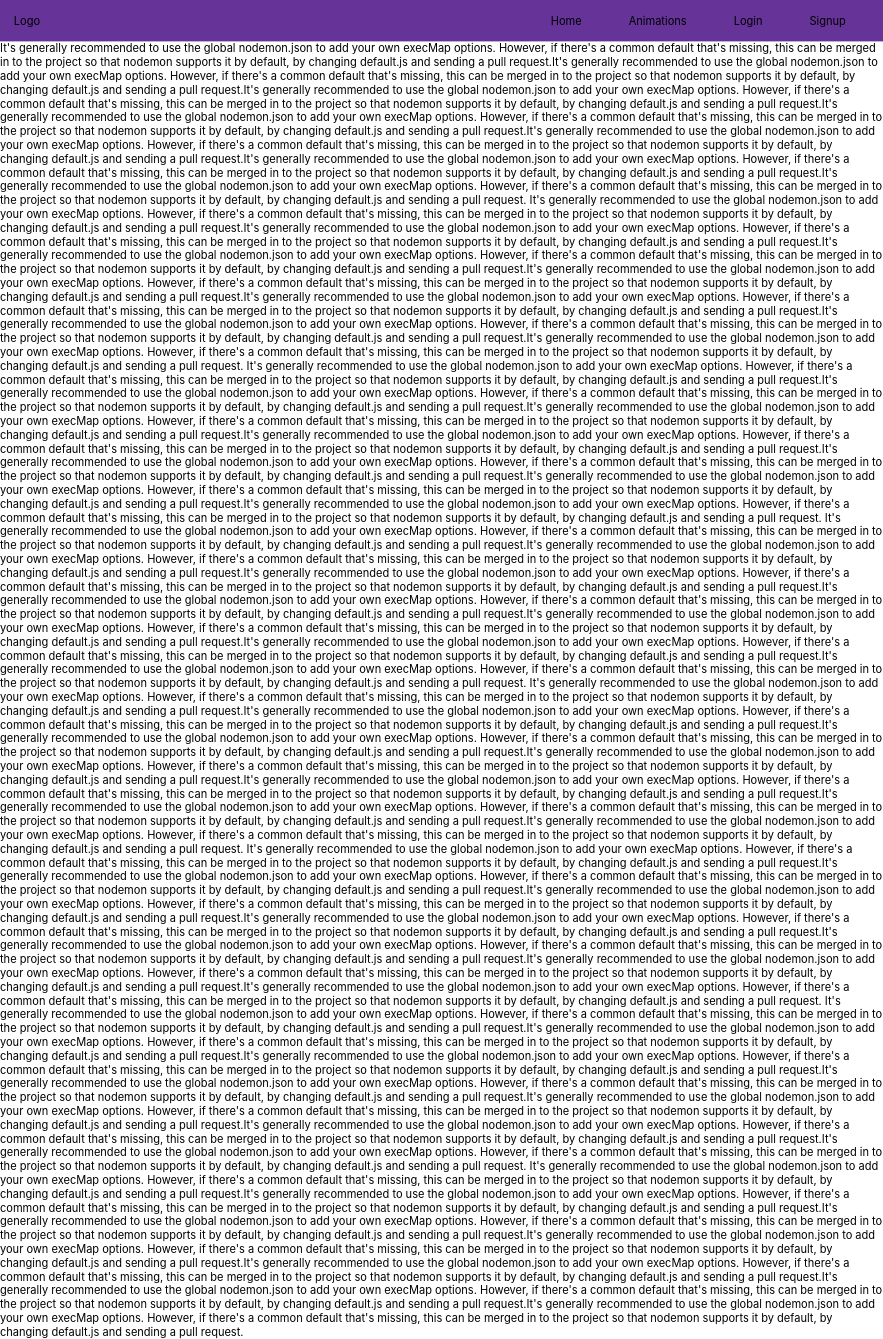
Repository: mr-joshi/Art-Of-House
Page: /
The author's editor kept a copy of each file at every save. The page is drawn from the files as they stood at one save, then again after the next save.
The browser window is 1280 px wide. The pictures show the whole page, at 69% of full size.
The project was rebuilt for these pictures with package versions that can differ from the ones it lists, and the page was loaded fresh each time. The framework's server and built-in components were replaced by stand-ins that run in the browser. Also part of the build but not shown: next.config.js.

Above is the page before, as saved 2022-09-25 02:04:39.

After the next save:
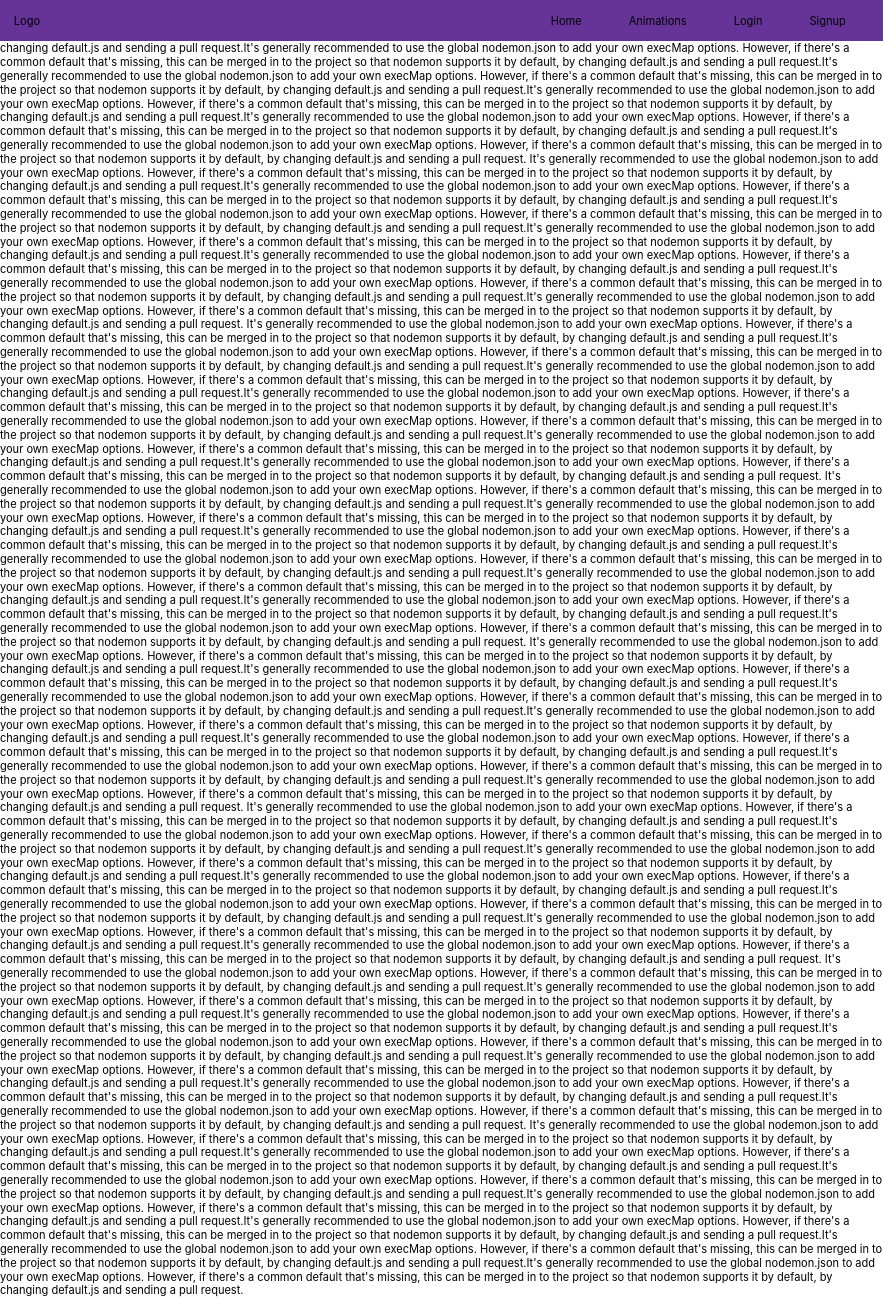
Saved 70 s later.
--- a/components/header/header.scss
+++ b/components/header/header.scss
@@ -1,7 +1,9 @@
 .header_container {
   width: 100%;
   background-color: rebeccapurple;
-  position: sticky;
+  position: fixed;
+  top: 0;
+  width: 100%;
 }
 .header_main {
   padding: 20px;

After the save that followed:
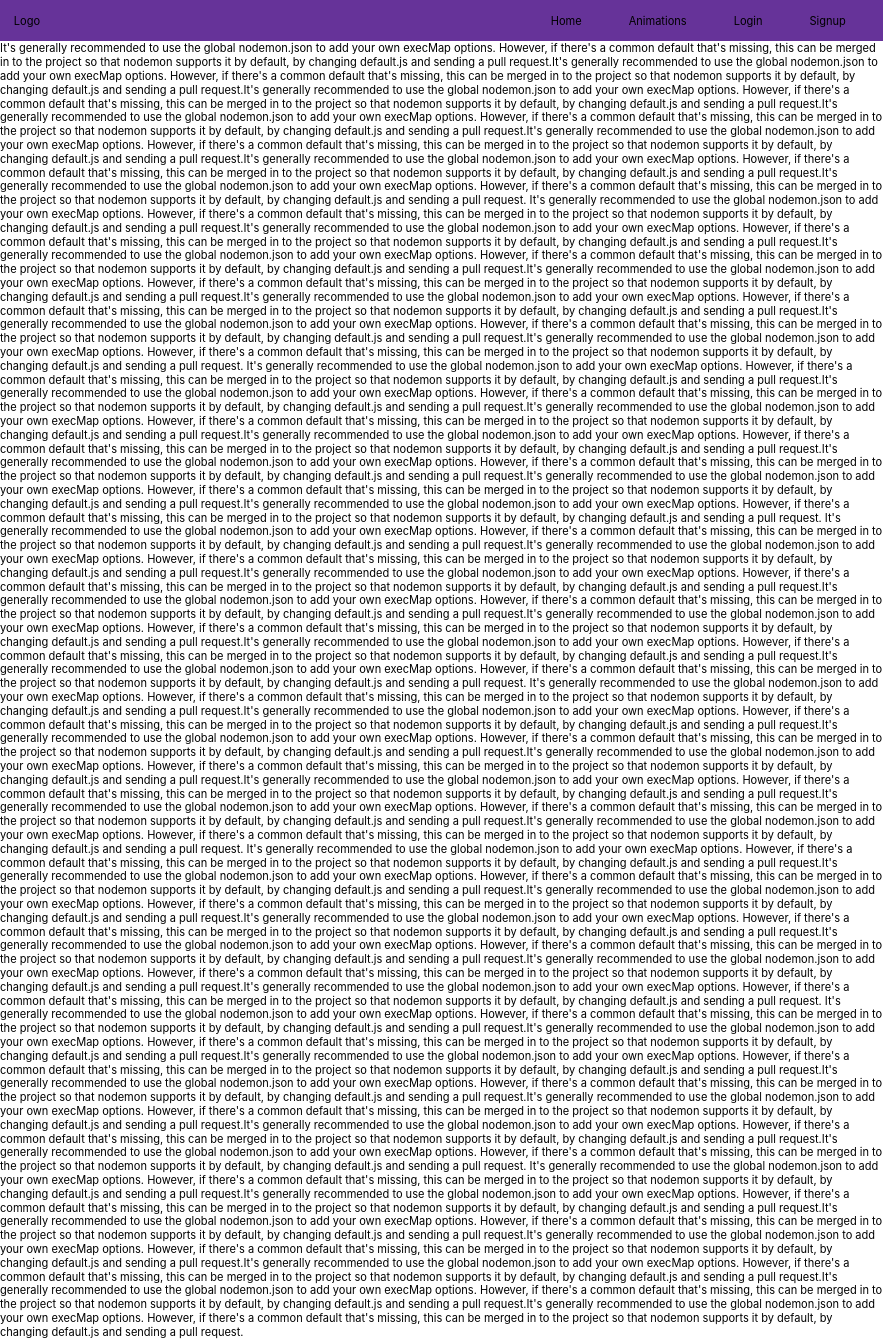
Saved 22 s later.
--- a/components/header/header.scss
+++ b/components/header/header.scss
@@ -1,7 +1,7 @@
 .header_container {
   width: 100%;
   background-color: rebeccapurple;
-  position: fixed;
+  position: sticky !important;
   top: 0;
   width: 100%;
 }
